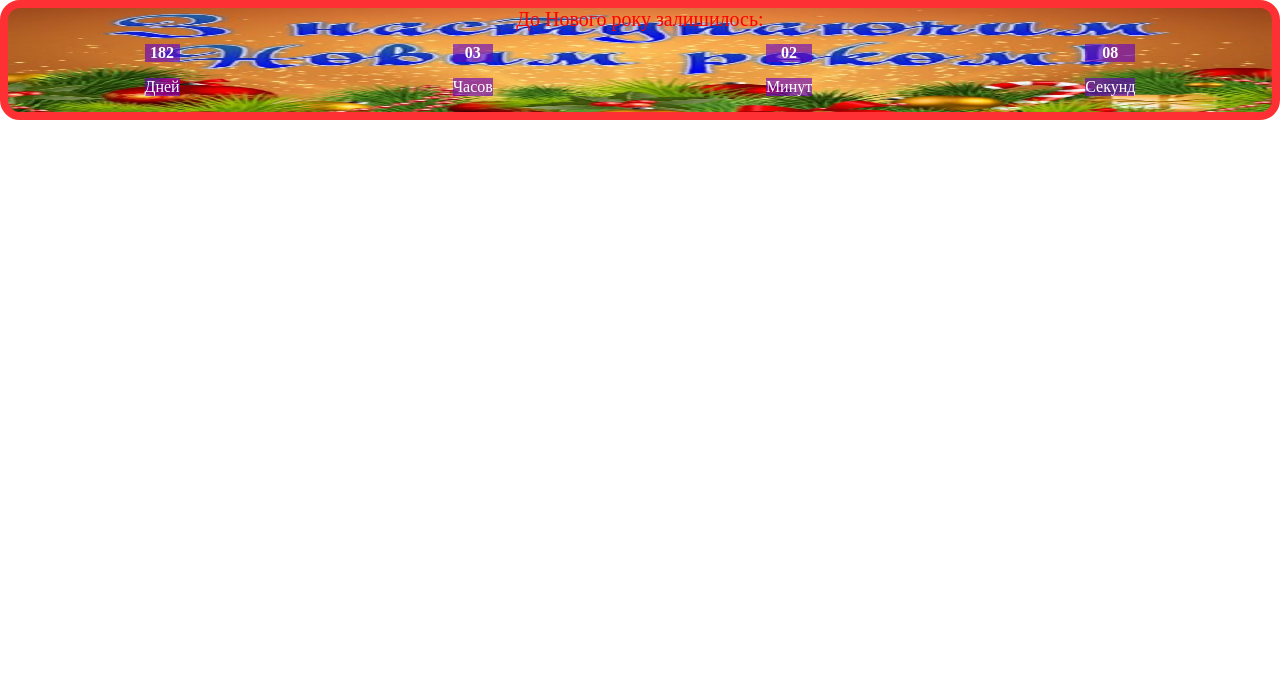
Repository: KonstantinKhamilov/JavaScript11-new-year
Page: index.html
The author's editor kept a copy of each file at every save. The page is drawn from the files as they stood at one save, then again after the next save.
The browser window is 1280 px wide. The pictures show the whole page.

Above is the page before, as saved 2024-12-29 19:21:32.

After the next save:
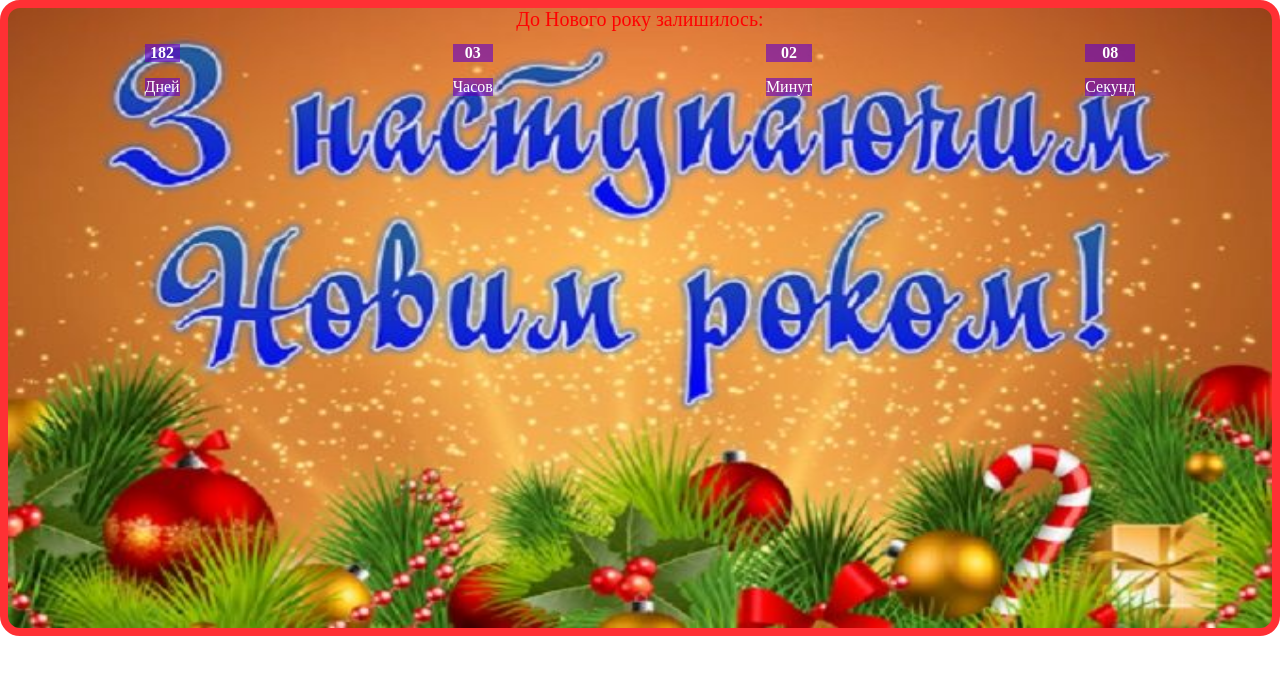
Saved 31 s later.
--- a/newYear.css
+++ b/newYear.css
@@ -13,7 +13,7 @@ body {
     border: solid 8px;
     border-radius: 20px;
     border-color: rgb(255, 48, 52);
-    height: 100%;
+    height: 620px;
   }
 
   ol {
